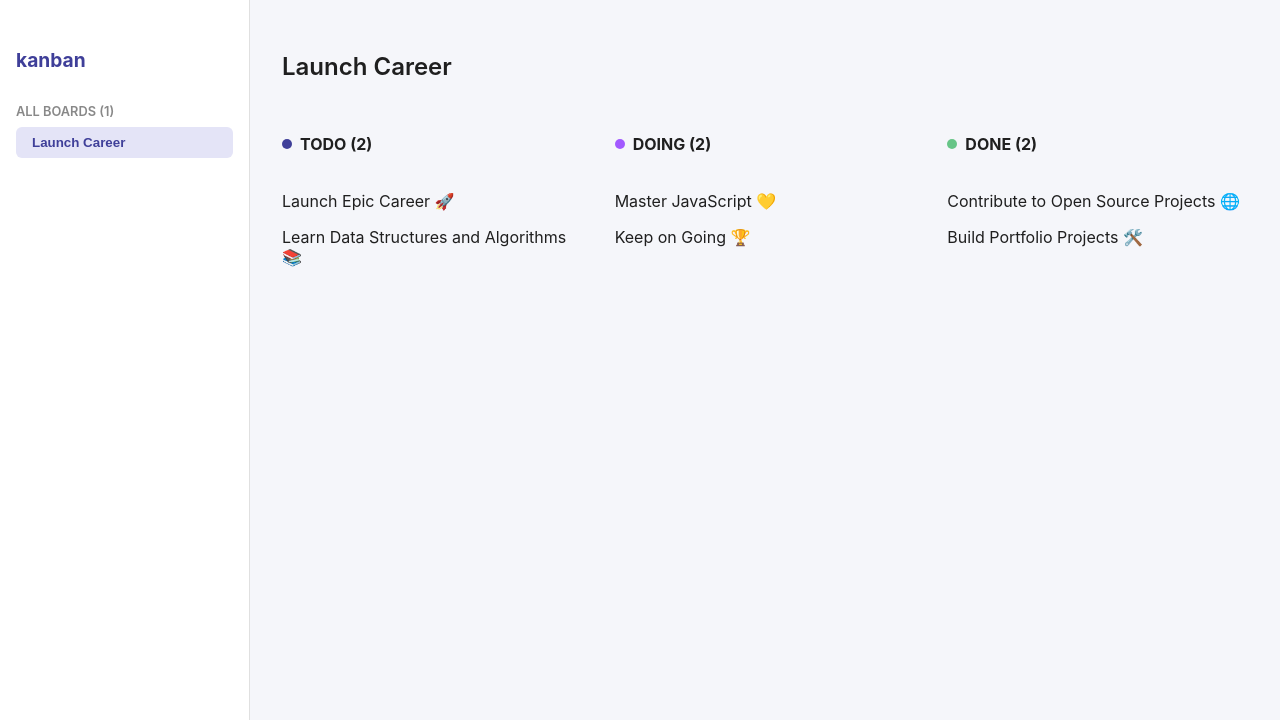
Repository: andajonas/ANDJON25111_fto2502_A2_Anda_Jonas_JSL01
Page: index.html
An editor plug-in stored every save of this project. The page is shown before and after a run of saves, followed by the edit.
The browser window is 1280 px wide. The pictures show the whole page.

Above is the page before, as saved 2025-04-24 13:37:37.

### index.html
<html lang="en">
  <head>
    <meta charset="UTF-8" />
    <meta name="viewport" content="width=device-width, initial-scale=1.0" />
    <title>Kanban Board</title>
    <link rel="stylesheet" href="style.css" />
  </head>

  <body>
    <div class="kanban-container">
      <!-- Sidebar -->
      <nav class="sidebar">
        <h1> kanban</h1>
        <div class="board-list">
          <h4>ALL BOARDS (1)</h4>
          <button class="board-btn">Launch Career</button>
        </div>
      </nav>

      <!-- Main Board Section -->
      <div class="main-board">
        <header>
          <h2 class="board-title">Launch Career</h2>
        </header>

        <main class="columns">
          <!-- TO DO Column -->
          <div class="column">
            <div class="column-header">
              <span class="dot todo"></span>
              <h4>TODO (2)</h4>
            </div>
            <div class="card-container">
              <div class="card">Launch Epic Career 🚀</div>
              <div class="card">Learn Data Structures and Algorithms 📚</div>
            </div>
          </div>

          <!-- DOING Column -->
          <div class="column">
            <div class="column-header">
              <span class="dot doing"></span>
              <h4>DOING (2)</h4>
            </div>
            <div class="card-container">
              <div class="card">Master JavaScript 💛</div>
              <div class="card">Keep on Going 🏆</div>
            </div>
          </div>

          <!-- DONE Column -->
          <div class="column">
            <div class="column-header">
              <span class="dot done"></span>
              <h4>DONE (2)</h4>
            </div>
            <div class="card-container">
              <div class="card">Contribute to Open Source Projects 🌐</div>
              <div class="card">Build Portfolio Projects 🛠️</div>
            </div>
          </div>
        </main>
      </div>
    </div>
  </body>
</html>

### style.css
/* Base Styles */
body {
    margin: 0;
    font-family: 'Inter', sans-serif;
    background-color: #f5f6fa;
    color: #1f1f1f;
  }

  .kanban-container {
    display: grid;
    grid-template-columns: 250px 1fr;
    height: 100vh;
  }

  /* Sidebar */
  .sidebar {
    background-color: white;
    padding: 2rem 1rem;
    border-right: 1px solid #e0e0e0;
  }

  .sidebar h1 {
    font-size: 1.2rem;
    font-weight: 700;
    color: #3f3f99;
  }

  .board-list h4 {
    font-size: 0.8rem;
    font-weight: 600;
    color: #888;
    margin: 2rem 0 0.5rem;
  }

  .board-btn {
    background-color: #e4e4f7;
    color: #3f3f99;
    border: none;
    padding: 0.5rem 1rem;
    font-weight: 600;
    border-radius: 6px;
    cursor: pointer;
    text-align: left;
    width: 100%;
  }

  /* Main Content */
  .main-board {
    padding: 2rem;
    overflow-x: auto;
  }

  .board-title {
    font-size: 1.5rem;
    font-weight: 600;
    margin-bottom: 2rem;
  }

  /* Columns Layout */
  .columns {
    display: grid;
    grid-template-columns: repeat(3, 1fr);
    gap: 2rem;
  }

  /* Column */
  .column {
    display: flex;
    flex-direction: column;
  }

  /* Column Header */
  .column-header {
    display: flex;
    align-items: center;
    gap: 0.5rem;
    font-weight: 600;
    margin-bottom: 1rem;
  }

  .dot {
    width: 10px;
    height: 10px;
    border-radius: 50%;
  }

  .dot.todo {
    background-color: #3f3f99;
  }

  .dot.doing {
    background-color: #a259ff;
  }

  .dot.done {
    background-color: #67c587;
  }

  /* Cards */
  .card-container {
    display: flex;
    flex-direction: column;
    gap: 1rem;
  }

  .card {


    .card {
      font-family: 'Plus Jakarta Sans', sans-serif;
      font-weight: 700;
      font-size: 15px;
      line-height: 1;
      padding: 1rem;
      background-color: white;
      border-radius: 8px;
      box-shadow: 0px 4px 6px rgba(54, 78, 126, 0.1);
      margin-bottom: 1rem;
      width: 100%; /* Will stretch in mobile and desktop */
      max-width: 301px; /* Matches Figma max */
    }

  }

After the next 5 saves:
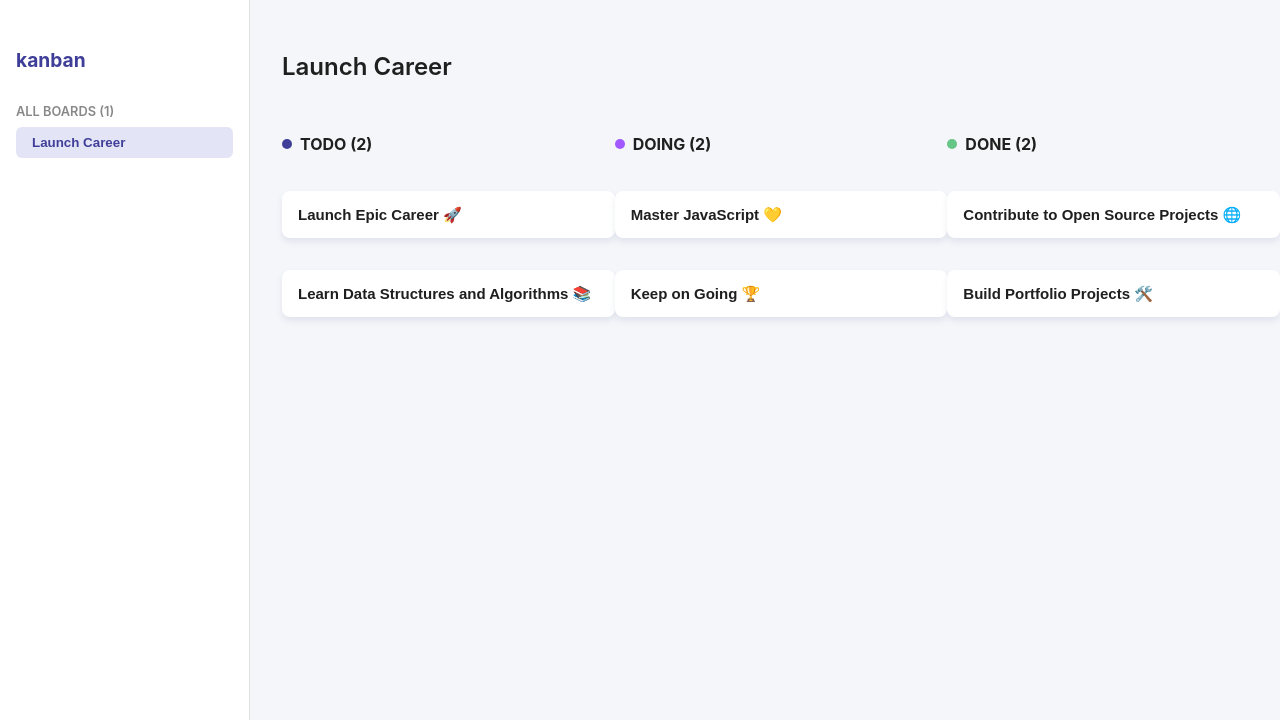
The 5 saves are shown as one change because they came seconds apart.
The last was saved 13 s later.
--- a/style.css
+++ b/style.css
@@ -102,10 +102,6 @@ body {
     flex-direction: column;
     gap: 1rem;
   }
-
-  .card {
-
-
     .card {
       font-family: 'Plus Jakarta Sans', sans-serif;
       font-weight: 700;
